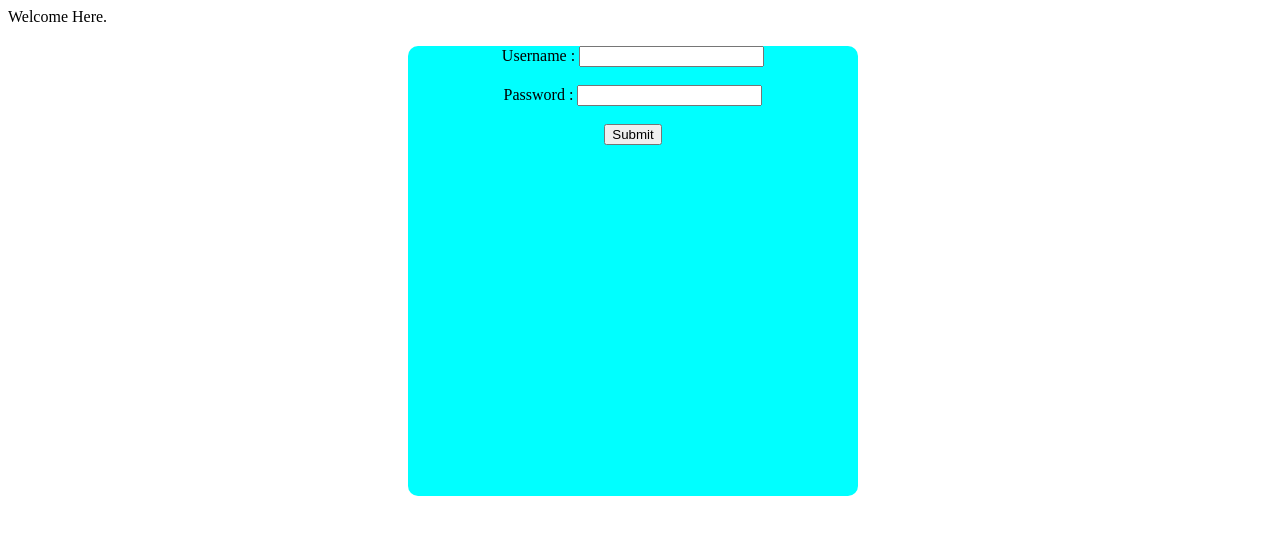
Repository: sunil965/JavaRepo
Page: WebProject/WebContent/index.html
These files come from the project's save history. The page is drawn as it stood at one moment and after the next save; the edit follows.
The browser window is 1280 px wide. The pictures show the whole page.

Above is the page before, as saved 2017-04-26 11:12:58.

### WebProject/WebContent/index.html
<!DOCTYPE html>
<html>
<head>
<meta charset="UTF-8">
<title>Insert title here</title>
</head>
<style>
.div{
   border: 5px solid d #983c3c;
   height: 450px;
   width: 450px;
   border-radius: 10px;
   background-color: cyan;
   margin-left: 400px;
   margin-top: 20px;
   padding:




}
</style>
<body>

<div><hi>Welcome Here.</hi></div>

<div class="div">
<center>
<form action="LoginServlet" method="get">
Username : <input type="text" id="name"><br><br>
Password : <input type="password" id="name"><br><br>
<input type="submit">
</form>
</center>
</div>


</body>
</html>

After the next save:
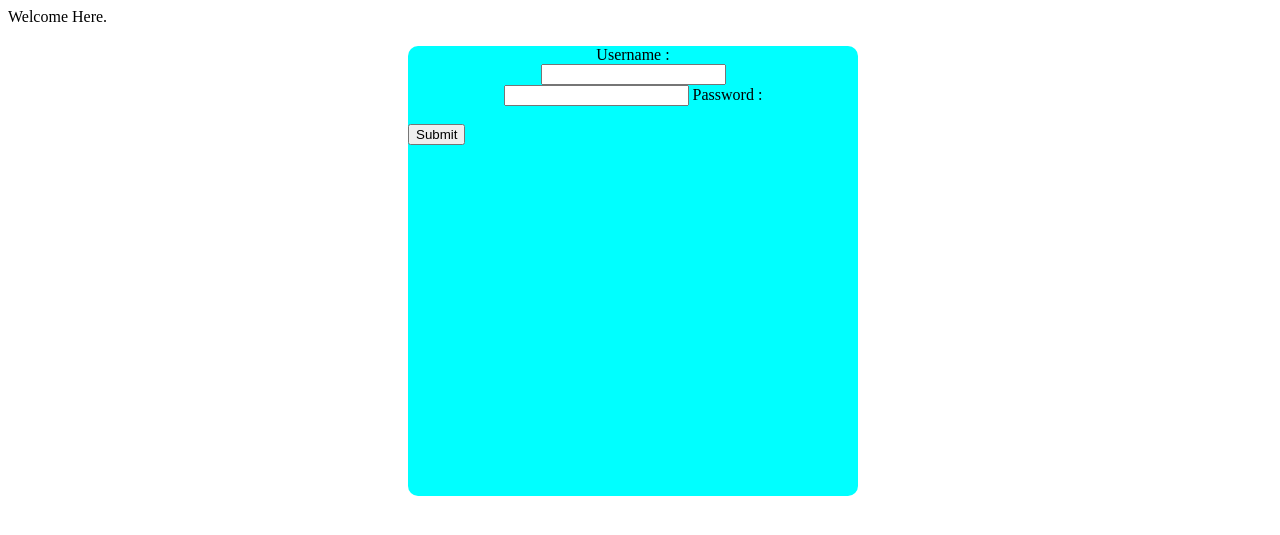
Saved 99 s later.
--- a/WebProject/WebContent/index.html
+++ b/WebProject/WebContent/index.html
@@ -13,7 +13,7 @@
    background-color: cyan;
    margin-left: 400px;
    margin-top: 20px;
-   padding:
+   pad
 
 
 
@@ -27,11 +27,11 @@
 <div class="div">
 <center>
 <form action="LoginServlet" method="get">
-Username : <input type="text" id="name"><br><br>
-Password : <input type="password" id="name"><br><br>
-<input type="submit">
+Username : <br><input type="text" id="name"><br><input type="password" id="name">
+Password : <br><br>
+
 </form>
-</center>
+</center><input type="submit">
 </div>
 
 

After the save that followed:
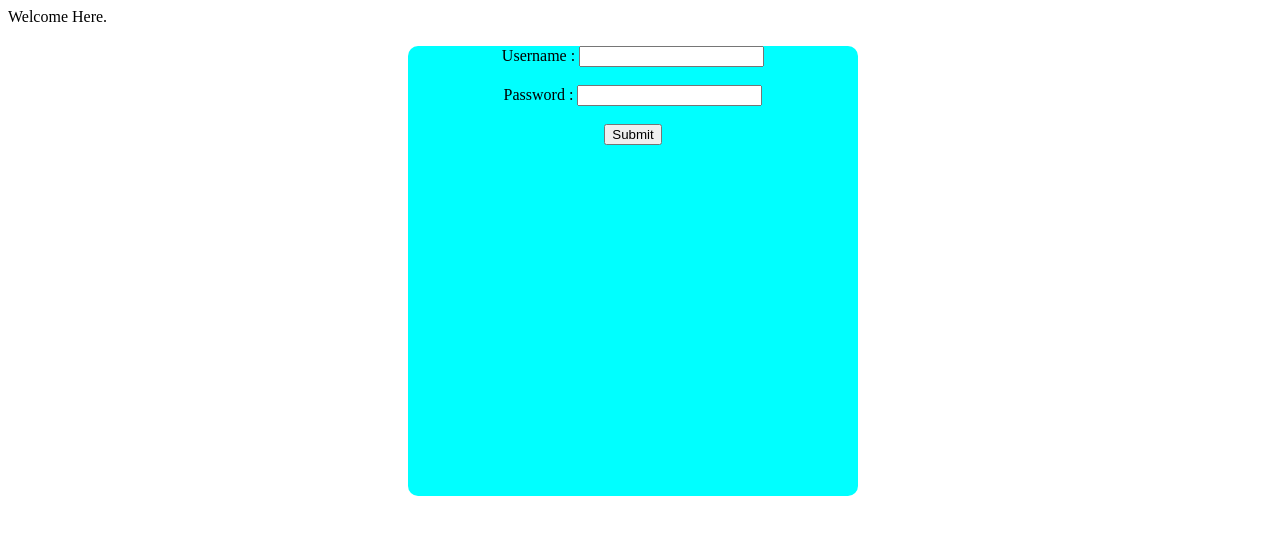
Saved 22 s later.
--- a/WebProject/WebContent/index.html
+++ b/WebProject/WebContent/index.html
@@ -27,11 +27,11 @@
 <div class="div">
 <center>
 <form action="LoginServlet" method="get">
-Username : <br><input type="text" id="name"><br><input type="password" id="name">
-Password : <br><br>
-
+Username : <input type="text" id="name"><br><br>
+Password : <input type="password" id="name"><br><br>
+<input type="submit">
 </form>
-</center><input type="submit">
+</center>
 </div>
 
 
